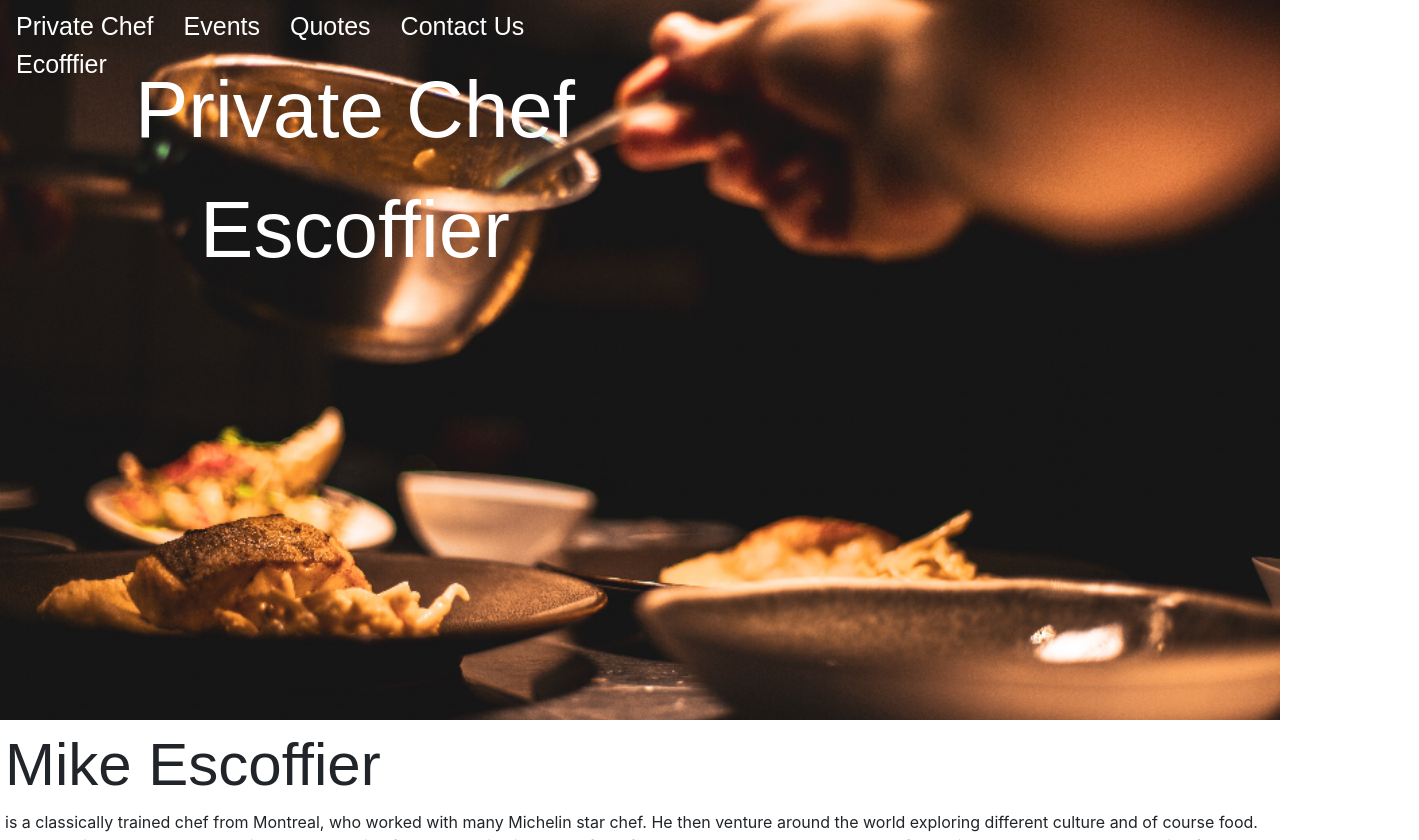
Repository: Mrsebastino/First-Milestone
Page: index.html
The author's editor kept a record of every edit. The page is drawn from the files as they stood at one moment, then again after the next edit.
The browser window is 1280 px wide. The page is 1419 px wide, then 1315 px, so the pictures cover 1419 px, including what lies to the right of the window. The pictures show the part of the page from y = 0 to 840 px (the page is 4078 px tall before and 4776 px after).
Backgrounds fixed to the window are drawn as part of the page. Some web fonts or font styles are not loaded; a fallback is used. Some web libraries are served in a nearby version.

Above is the page before.

### index.html
<!DOCTYPE html>
<html lang="en">

<head>
    <!--i used favicon generator to create the icon-->
    <meta charset="UTF-8">
    <meta name="viewport" content="width=device-width, initial-scale=1.0">
    <meta http-equiv="X-UA-Compatible" content="ie=edge">
    <title>Private Chef Escoffier</title>
    <link rel="shortcut icon" href="assets/images/favicon-32x32.png" type="image/png" />
    <link rel="stylesheet" href="https://stackpath.bootstrapcdn.com/bootstrap/4.3.1/css/bootstrap.min.css">
    <link rel="stylesheet" href="assets/css/style.css" type="text/css" />

</head>
<!-- I have nested the navbar so it shows over my background image, found it quicker to achieve what i wanted i took the code from Bootstrap-->

<body>
    <header>
            <div class="container-landing-page">
                <div class="row ">
                    <div class="col-sm-4 col-md-6">
                        <nav class="navbar navbar-expand-lg navbar-light bg-transparent">
                            <button class="navbar-toggler" type="button" data-toggle="collapse" data-target="#navbarNavDropdown" aria-controls="navbarNavDropdown" aria-expanded="false" aria-label="Toggle navigation">
                               <span class="navbar-toggler-icon"></span>
                            </button>
                            <div class="collapse navbar-collapse" id="navbarNavDropdown">
                                <ul class="navbar-nav">
                                    <li class="nav-item active">
                                        <a class="nav-link-logo" href="index.html">Private Chef<br> Ecofffier <span class="sr-only"></span></a>
                                    </li>
                                    <li class="nav-item">
                                        <a class="nav-link" href="events.html">Events</a>
                                    </li>
                                    <li class="nav-item">
                                        <a class="nav-link" href="quotes.html">Quotes</a>
                                    </li>
                                    <li class="nav-item">
                                        <a class="nav-link" href="contact.html">Contact Us</a>
                                    </li>
                                </ul>
                            </div>
                        </nav>
                    </div>
                    <div class="container">
                        <div class="row">
                            <div class="col-sm-4 col-md-6">
                                <p class="container-title"> Private Chef<br> Escoffier</p>
                            </div>
                        </div>
                    </div>
                </div>
            </div>
        </div>
    </header>
    <section>
        <div class="container-fluid" id="container-about">
            <div class="row">
                <div class="col">
                        <span class="about-heading">Mike Escoffier</span><br> is a classically trained chef from Montreal, who worked with many Michelin star chef. He then venture around the world exploring different culture and of course food. He now
                        bring back all that experience and passion for you to enjoy in the confort of your home. He has over 30 years of experience, whether you are looking for a dinner for two or a banquet for 100, we can assure you we will cater to
                        your need. We can help you to find the perfect venues,choose your wine and providing staff.
                </div>
                <div class="row">
                    <div class="col">
                        <div class="img-fluid" id="about-photo">
                            <img src="assets/images/chanterelle-ravioli.jpg" class="square" alt="Chanterelle Ravioli">
                            <p>Chanterelles and Tallegio Ravioli</p>
                            <img src="assets/images/beef-blur-chicken-323682.jpg" class="square">
                            <p>French Trimmed Rack Of Lamb</p>
                            <img src="assets/images/monkfish.jpg" class="square">
                            <p>Monkfish Osso-Bucco w/ Langoustine Veloute</p>
                            <img src="assets/images/fruit-tart.jpg" class="square">
                            <p>Fruit Tarts</p>
                        </div>
                    </div>
                </div>
            </div>
        </div>
    </section>
    <section>
        <h1>Events</h1>
        <h2 class="img-fluid events-bg"></h2>
        <div class="container-fluid container-event">
            <div class="row no-gutter">
                <div class="col-sm-4 col-md-6">
                    <h3 class="event-heading"> What we do </h3>
                    <p class="event-information">
                        Dinner for two<br> Big Dinner Party<br> Surprise Party<br> Celebration Dinner<br>
                    </p>
                </div>
                <div class="col-sm-4 col-md-6">
                    <h3 class="event-heading">What we Cook</h3>
                    <p class="event-information">
                        Confit Salmon w/ Slow Roast Tomatoes and Shallot Tatin<br> Chanterelles & Taleggio Ravioli with Parmesan Crips<br> French Trimmed Rack Of Lamb<br> Monkfish Osso-Bucco w/ Langoustine Veloute<br>
                    </p>
                </div>
            </div>
        </div>
    </section>
    <section>
        <h1>Quotes</h1>
        <h2 class="img-fluid quotes-bg"></h2>
        <div class="container-fluid">
            <div class="row">
                <div class="col quotes-container">
                    <i class="fas fa-quote-left"></i> The best night we had, food was amazing, service amzing,<br> my kitchen was even cleaner than before they arived!!!
                    <i class="fas fa-quote-right">  W.Smith</i>
                </div>
            </div>
            <div class="row">
                <div class="col quotes-container-right">
                    <i class="fas fa-quote-left "></i> I wanted a special night for me and my partner.<br> It was so special SHE propose!!!
                    <i class="fas fa-quote-right"> T.Campbell</i>
                </div>
            </div>
            <div class="row">
                <div class="col quotes-container">
                    <i class="fas fa-quote-left "></i> We had the best BBQ ever, the party was a succes,<br> Thank you Mike Escoffier!!
                    <i class="fas fa-quote-right">  S.Sarandon</i>
                </div>
            </div>
            <div class="row">
                <div class="col quotes-container-right">
                    <i class="fas fa-quote-left "></i> We wanted a big celebration dinner,<br> he didn't disappoint it was the best ever!!
                    <i class="fas fa-quote-right"> M.U.Zappa</i>
                </div>
            </div>
        </div>
    </section>
    <section>
        <h1>Contacts</h1>
        <h2 class="img-fluid contact-bg"></h2>
        <div class="col contact-container-fluid">
            <div class="row">
                <div class="col">
                    <h2 class="header">Tell Us What We<br>Can Do for You!</h2>
                    <form action="https://mike.escoffier.com" method="post">
                        <div class="form-container">
                            <input id="fname" name="fname" type="text" placeholder="First Name">
                            <input id="lname" name="lname" type="text" placeholder="Last Name">
                            <input id="email" name="email" type="email" placeholder="Email" required>
                            <input id="date" name="date" type="date" placeholder="dd/m/yyyy" required>
                            <textarea name="event" id="event" placeholder="Tell us what you would like" style="height: 150px" required></textarea>
                        </div>
                        <div class="button-container">
                            <input class="btn btn-light" type="submit" value="Submit">
                        </div>
                    </form>
                </div>
            </div>
        </div>
    </section>
    <footer>
        <!--the footer is inpired by the resume project, on mobile devices i have remove the logo-footer ( a tip from my mentor)-->
        <div class="container-footer" id="footer">
            <div class="row">
                <div class="col-med-12 col-lg-6">
                    <p class="logo-footer">
                        <a class="logo-footer" href="index.html"><span>Private Chef<br>  Escoffier</span></a>
                    </p>
                </div>
                <div class="col-med-12 col-lg-6">
                    <ul class="list-inline social-link">
                        <li class="list-inline-item">
                            <a href="#"></a> <i class="fab fa-facebook" aria-hidden="true"></i>
                            <span class="sr-only">Facebook</span></a>
                            <a href="#"></a> <i class="fab fa-instagram" aria-hidden="true"></i>
                            <span class="sr-only">instagram</span></a>
                            <a href="#"></a> <i class="fab fa-linkedin-in" aria-hidden="true"></i>
                            <span class="sr-only">LinkedIn</span></a>
                            <a href="#"></a> <i class="fab fa-twitter" aria-hidden="true"></i>
                            <span class="sr-only">twitter</span></a>
                        </li>
                    </ul>
                </div>
            </div>
        </div>
    </footer>
    <script src="https://code.jquery.com/jquery-3.3.1.slim.min.js"></script>
    <script src="https://cdnjs.cloudflare.com/ajax/libs/popper.js/1.14.7/umd/popper.min.js"></script>
    <script src="https://stackpath.bootstrapcdn.com/bootstrap/4.3.1/js/bootstrap.min.js"></script>
    <script src="https://kit.fontawesome.com/59067acff4.js"></script>

</body>

</html>

### assets/css/style.css
@import url('https://fonts.googleapis.com/css?family=Roboto:100,200,300,400,500,600,700|Mansalva:100,200,300,400,500,600,700');

.body {
    font-family: 'Roboto', sans-serif;
    margin: 0;
    padding: 0;
}

/*---------Header------*/

.container-fluid {
    margin: 0 5px;
    padding: 0;
}

.container-title {
    padding-top: 50px;
    font-family: 'Mansalva', sans-serif;
    text-align: center;
    font-size: 80px;
    color: #fff;
}


/*---------backgrounfd image------*/

.container-landing-page {
    padding: 0;
    margin: 0;
    height: 100vh;
    background: url("../images/blur-chef-cooking-2403392.jpg") no-repeat center fixed;
    background-attachment: fixed;
    -webkit-background-size: cover;
    -moz-background-size: cover;
    -o-background-size: cover;
    background-size: cover;
}

.events-bg {
    padding: 0;
    margin: 0;
    height: 70vh;
    background: url("../images/anise-aroma-art-277253.jpg") no-repeat center fixed;
    background-attachment: scroll;
    -webkit-background-size: cover;
    -moz-background-size: cover;
    -o-background-size: cover;
    background-size: cover;
}

.quotes-bg {
    padding: 0;
    margin: 0;
    height:70vh;
    background: url("../images/adult-bar-blur-696218.jpg") no-repeat center fixed;
    background-attachment: scroll;
    -webkit-background-size: cover;
    -moz-background-size: cover;
    -o-background-size: cover;
    background-size: cover;
}

.contact-bg {
    padding: 0;
    margin: 0;
    height: 70vh;
    background: url("../images/conference-learning-meeting-7095.jpg") no-repeat center fixed;
    background-attachment: scroll;
    -webkit-background-size: cover;
    -moz-background-size: cover;
    -o-background-size: cover;
    background-size: cover;
}


/*---------Navbar------*/

.navbar {
    position: fixed;
}

.nav-link-logo {
    font-family: 'Mansalva', sans-serif;
    font-size: 25px;
    color: #fff;
    transition: all 0.5s ease-in-out;
    -moz-transition: all 0.5s ease-in-out;
    -webkit-transition: all 0.5s ease-in-out;
    -o-transition: all 0.5s ease-in-out;
}

.nav-link-logo:hover {
    color: #fff;
    font-size: 30px;
    text-decoration: none;

}

.nav-link {
    font-family: 'Mansalva', sans-serif;
    font-size: 25px;
    color: #fff;
    transition: all 0.5s ease-in-out;
    -moz-transition: all 0.5s ease-in-out;
    -webkit-transition: all 0.5s ease-in-out;
    -o-transition: all 0.5s ease-in-out;
}

.navbar-light .navbar-nav .nav-link {
    color: #fff;
    margin-left: 30px;
    padding: 0px;
}

.navbar-light .navbar-nav .nav-link:hover {
    color: #fff;
    font-size: 30px;

}

.navbar-toggler-icon {
    color: #fff;
    display: inline-block;
    width: 1.5em;
    height: 1.5em;
    vertical-align: middle;
    background: no-repeat center center;
    background-size: 100% 100%;
}

.navbar-toggler {
    padding: .25rem .75rem;
    font-size: 1.25rem;
    line-height: 1;
    background-color: #fff;
    border: 1px solid transparent;
    border-radius: .25rem;
}

/*---------events------*/


h1 {
    font-size: 60px;
    font-weight: 400;
    font-family: 'Mansalva', sans-serif;
    padding-left: 30px;

}

.container-event {
    margin: 0;
    padding: 0;
    background-color: #f6f6f0;
}

.about-heading {
    font-family: 'Mansalva', sans-serif;
    font-size: 60px;
    text-align: center;
    font-weight: 500;
    color: #212529;
}

.event-heading {
    font-family: 'Mansalva', sans-serif;
    font-size: 60px;
    text-align: center;
    font-weight: 500;
    color: #212529;
}

.event-information {
    height: auto;
    color: black;
    text-align: center;
    font-size: 20px;
    font-weight: 500;
}

.img-fluid{
    display: flex;
}


#about-photo {
    flex: 25%;
    padding: 5px;
}

/*---------quotes------*/

.quotes-container {
    margin: 0 5px;
    font-family: 'Roboto', sans-serif;
    font-size: 20px;
    height: auto;
}

.quotes-container-right {
    font-family: 'Roboto', sans-serif;
    font-size: 20px;
    margin-left: 50%;
    height: auto;
}

/*---------contact us------*/

.contact-container-fluid {
    background-color: #fffff;
}

.col {
    padding-left: 15px;
    padding-right: 20px;
}

.header {
    font-family: 'Mansalva', sans-serif;
    font-size: 50px;
    text-align: center;
    padding-bottom: 20px;
}

form {
    text-align: center;
}

.form-container {
    display: inline-grid;
}

#fname,#lname,#email,#date,#event {
    width: 450px;
    margin-bottom: 5px;
    margin-top: 5px;
    color: #000;
}

.button-container {
    margin-top: 10px;
    margin-bottom: 10px;
    text-align: center;
}


/*---------Footer------*/

#footer {
    position: absolute;
    width: 100%;
    background-color: #37372F;
}

.list-inline-item {
    display: inline-table;
}

.logo-footer {
    font-family: 'Mansalva', sans-serif;
    font-size: 30px;
    color: #fff; ;
    text-align: center;
    transition: all 0.5s ease-in-out;
    -moz-transition: all 0.5s ease-in-out;
    -webkit-transition: all 0.5s ease-in-out;
    -o-transition: all 0.5s ease-in-out;
}

.logo-footer:hover {
    font-size: 35px;
    text-decoration: none;
    color: #fff;
}

.fab {
    margin-left:5px;
    margin-right: 5px;
    height: 40px;
    width: 40px;
    padding: 12px 0;
    border-radius: 50px;
    text-align: center;
    font-size: 15px;
    margin-top: 20px;
    color: #fff; ;
    background-color: #929290;
    transition: all 0.5s ease-in-out;
    -moz-transition: all 0.5s ease-in-out;
    -webkit-transition: all 0.5s ease-in-out;
    -o-transition: all 0.5s ease-in-out;
}

.fab:hover {
    color: #fff;
    text-decoration: none;
    font-size: 25px;
}

/*---------media queries------*/

@media(max-width: 767px) {
    .logo-footer {
        display: none;
    }
    .list-inline.social-link {
        text-align: center;
    }
    .quotes-container {
        display: inline-grid;
        padding-top: 5px;
        padding-bottom: 5px;
    }
    .quotes-container-right {
        display: inline-grid;
        margin-left: 0;
        padding-top: 5px;
        padding-bottom: 5px;
    }
    .container-landing-page {
        height:auto;

    }
}

After the next edit:
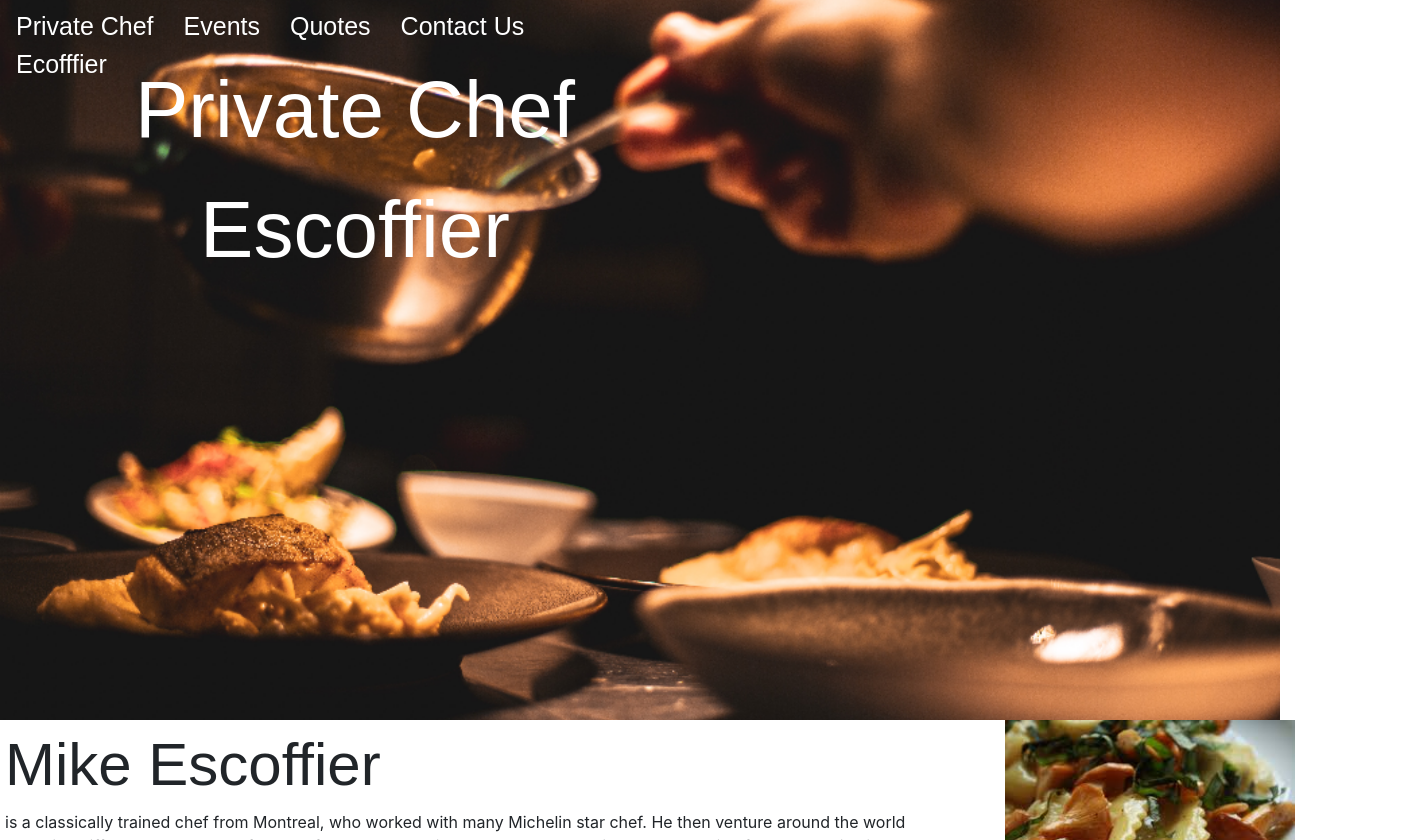
The edit:
--- a/assets/css/style.css
+++ b/assets/css/style.css
@@ -178,14 +178,11 @@
     font-weight: 500;
 }
 
-.img-fluid{
-    display: flex;
-}
-
-
 #about-photo {
-    flex: 25%;
-    padding: 5px;
+    margin-left: 60px;
+    display: inline;
+    padding: 15px;
+
 }
 
 /*---------quotes------*/
